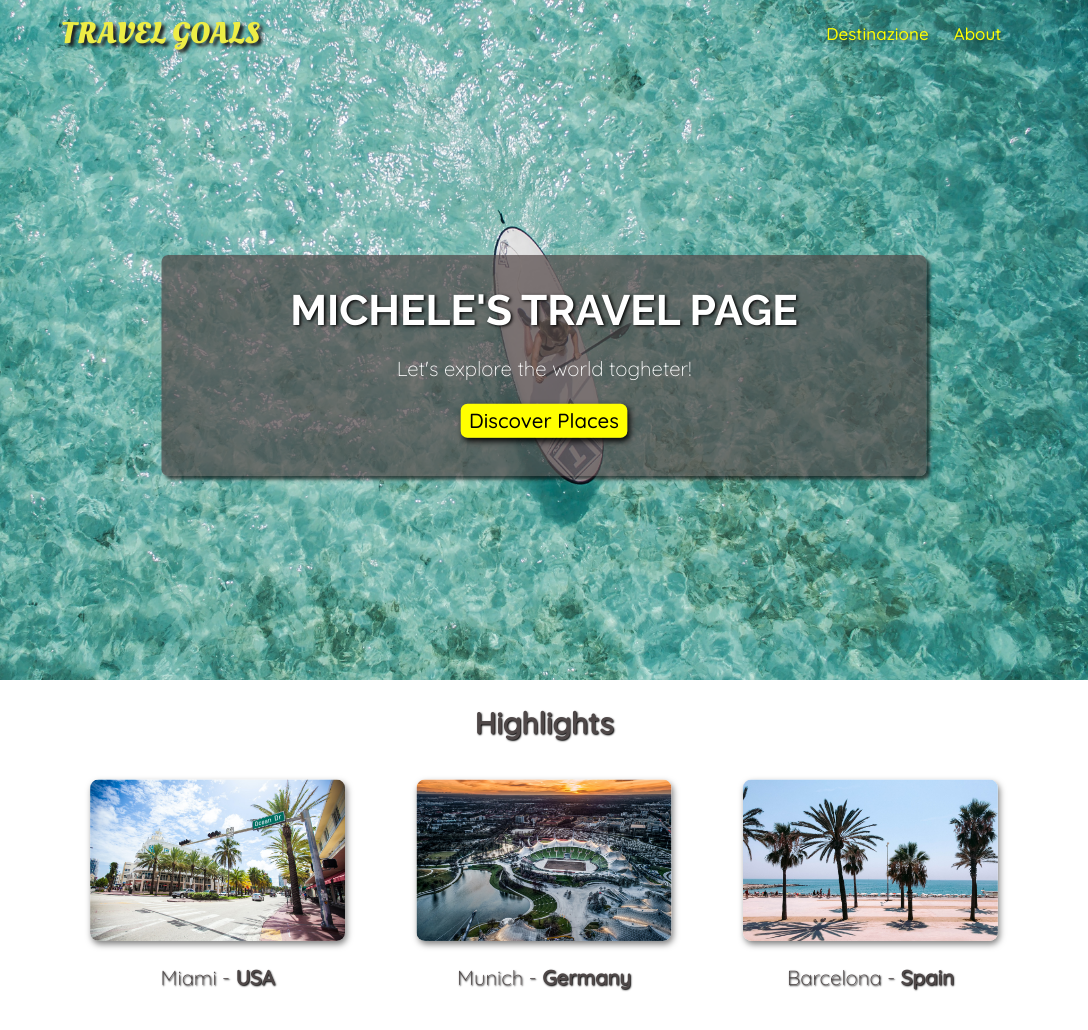
Repository: MicTomm/Travel-Goals
Page: index.html
These files come from the project's save history. The page is drawn as it stood at one moment and after the next save; the edit follows.
The browser window is 1280 px wide. The pictures show the whole page, at 85% of full size.

Above is the page before, as saved 2023-06-05 18:28:24.

After the next save:
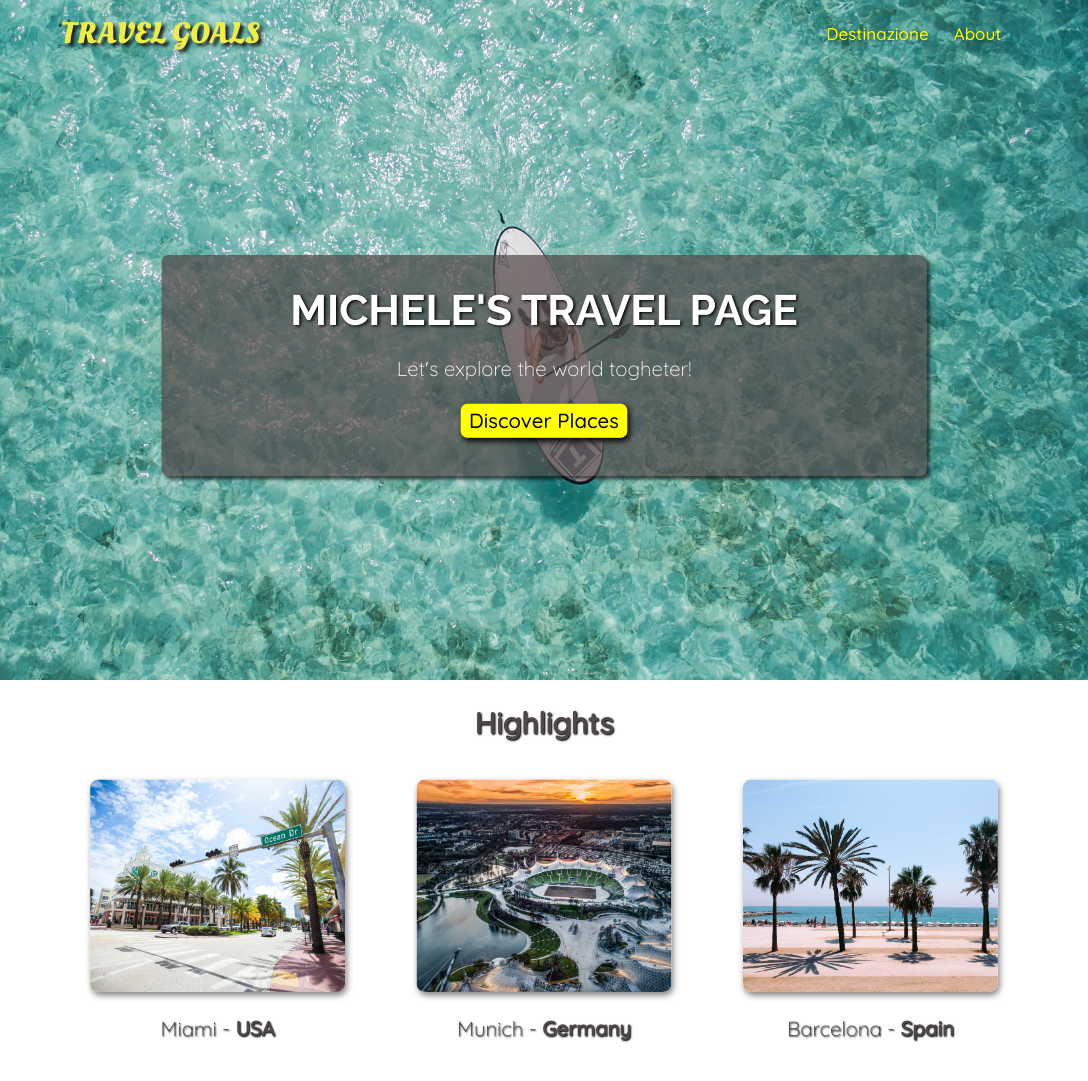
Saved 19 s later.
--- a/styles/main-page-style.css
+++ b/styles/main-page-style.css
@@ -78,7 +78,7 @@
 
 .destination{
     width: 300px;
-    height: 190px;
+    height: 250px;
 }
 
 #highlights h2{
